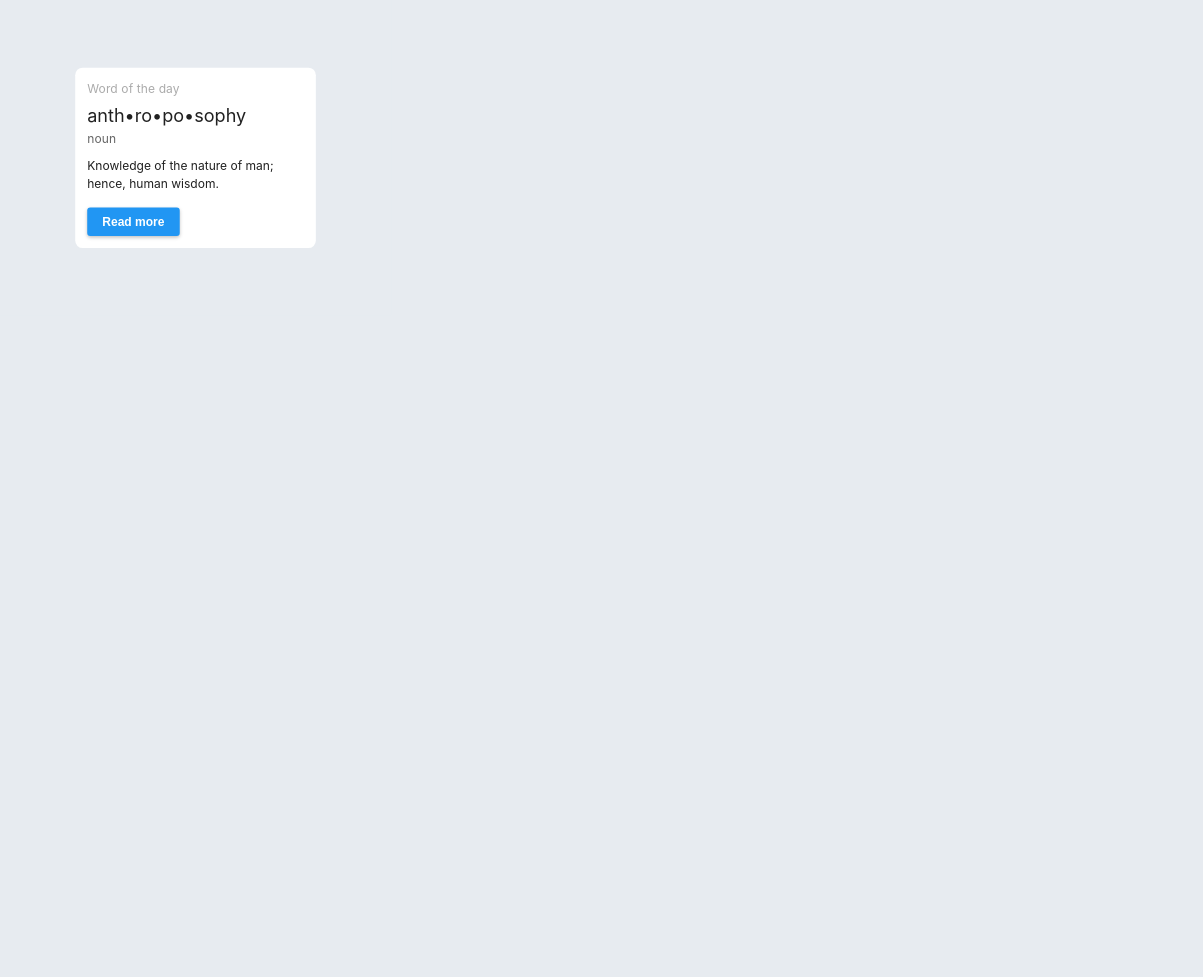
Repository: roistyx/react
Page: /components (app in layouts-app/)
These files come from the project's save history. The page is drawn as it stood at one moment and after the next save; the edit follows.
The browser window is 1280 px wide. The pictures show the whole page, at 94% of full size.
The project was rebuilt for these pictures with package versions that can differ from the ones it lists, and the page was loaded fresh each time. Also part of the build but not shown: layouts-app/src/layouts/Line.css, layouts-app/src/layouts/Line.js, layouts-app/src/elements/TextField.css, layouts-app/src/elements/TextField.js, layouts-app/src/layouts/Layouts.js.

Above is the page before, as saved 2023-05-03 14:14:59.

After the next save:
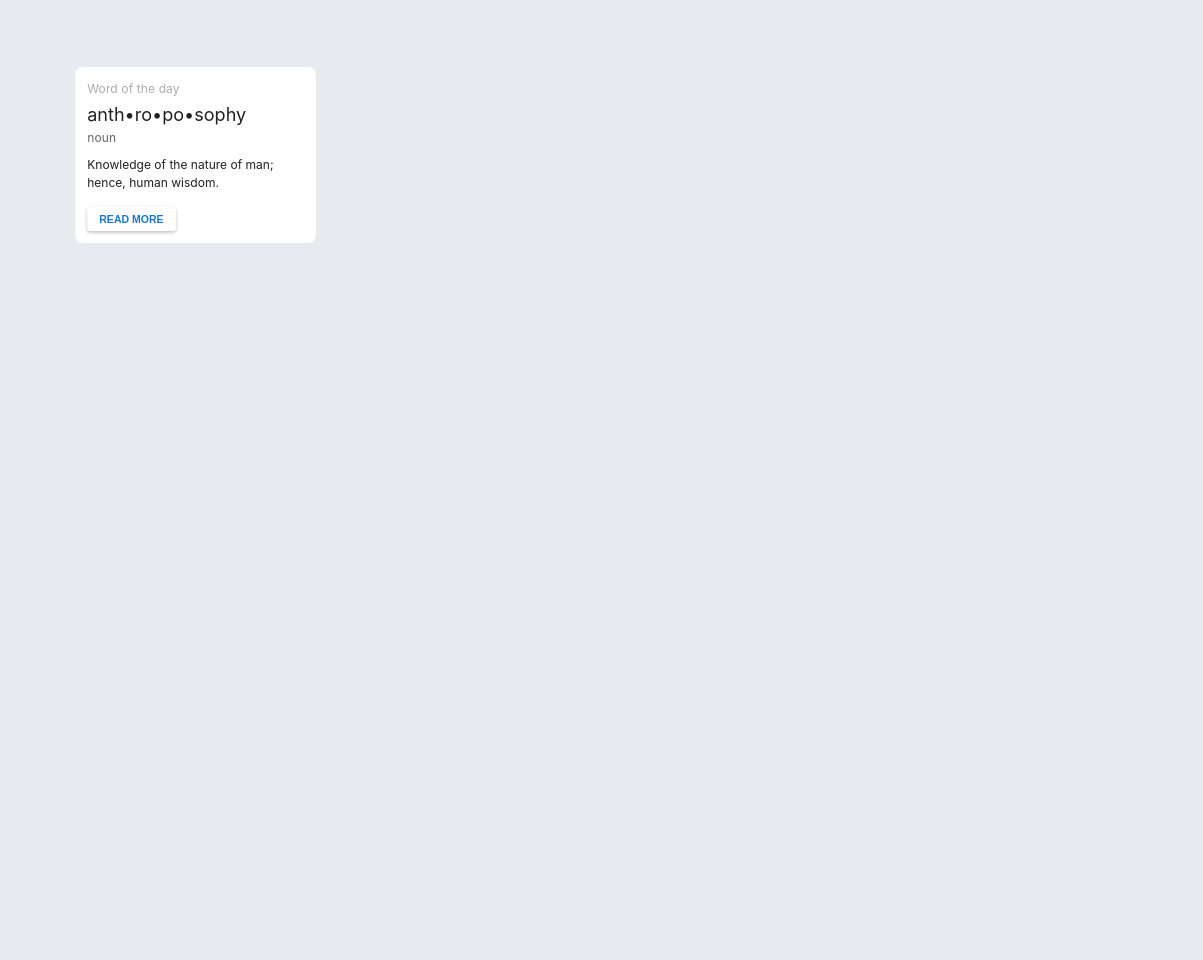
Saved 2 s later.
--- a/layouts-app/src/elements/Button.css
+++ b/layouts-app/src/elements/Button.css
@@ -1,18 +1,19 @@
 .Button {
 	display: inline-block;
-	padding: 10px 20px;
-	font-size: 16px;
+	padding: var(--buttonPadding);
+	font-size: var(--fontSize);
 	font-weight: 600;
 	text-align: center;
 	text-decoration: none;
-	background-color: #2196f3;
-	color: #fff;
+	background-color: var(--bgColor);
+	color: var(--fontColor);
 	border-radius: 4px;
 	border: none;
 	cursor: pointer;
 	box-shadow: 0px 2px 5px rgba(0, 0, 0, 0.25);
 	transition: background-color 0.3s ease;
+	text-transform: var(--textTransform);
 }
 .Button:hover {
-	background-color: #0d6ec3;
+	background-color: var(--bgColorHover);
 }
